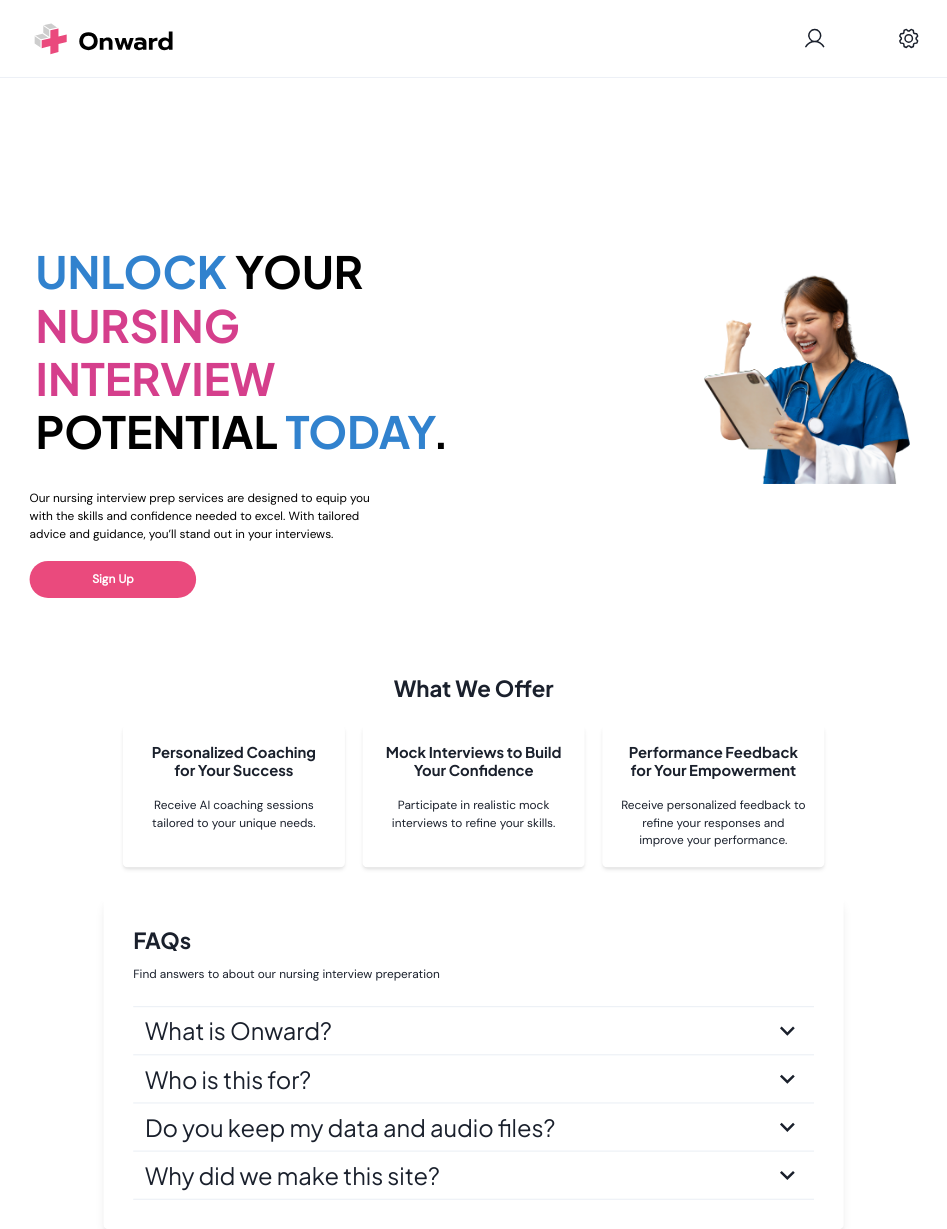
Repository: Aladdin3r/onward
Page: /landing-page
An editor plug-in stored every save of this project. The page is shown before and after a run of saves, followed by the edit.
The browser window is 1280 px wide. The pictures show the whole page, at 74% of full size.
The project was rebuilt for these pictures with package versions that can differ from the ones it lists, and the page was loaded fresh each time. The framework's server and built-in components were replaced by stand-ins that run in the browser. Also part of the build but not shown: next.config.mjs, styles/components/AppTopNav.js, styles/components/Layout.js.

Above is the page before, as saved 2024-10-29 02:20:29.

### pages/_app.js
import { ChakraProvider } from "@chakra-ui/react";
import theme from "@/styles/theme";

function MyApp({ Component, pageProps }) {
  return (
    <ChakraProvider theme={theme}>
      <Component {...pageProps} />
    </ChakraProvider>
  );
}

export default MyApp;

### pages/_document.js
import { Html, Head, Main, NextScript } from "next/document";

export default function Document() {
  return (
    <Html lang="en">
      <Head>
        <link
          href="https://fonts.googleapis.com/css2?family=DM+Sans:wght@400&family=Plus+Jakarta+Sans:wght@400;600;700&display=swap"
          rel="stylesheet"
        />
      </Head>
      <body>
        <Main />
        <NextScript />
      </body>
    </Html>
  );
}

### pages/landing-page.js
import {
    Box,
    Flex,
    Heading,
    Text,
    Stack,
    Button,
    Accordion,
    AccordionItem,
    AccordionButton,
    AccordionPanel,
    AccordionIcon,
    Image
} from "@chakra-ui/react";
import Layout from "@/styles/components/Layout";
import TopNav from "@/styles/components/TopNav";
import AppTopNav from "@/styles/components/AppTopNav";
import { useRouter } from 'next/router';

export default function Home() {
    const router = useRouter();

    // Button action function
    const handleSignUp = () => {
        router.push('/signup'); // Navigate to the sign-up page
    };

    return (
        <>
            {/* Hero Section */}
            <TopNav />
            <Box color="black" p={10} textAlign="left" mt="20">

                <Flex
                    mt="5rem"
                    p={2}
                    width="100%"
                    mb={0}
                    flexDirection="row"
                    alignItems="center"
                    justifyContent="space-between"
                    gap="2rem"  // Adds a gap between text and image
                >

                    <Flex>
                        <Heading
                            fontFamily="heading"
                            fontSize="6xl"
                            fontWeight="bold"
                            width="68%"
                            mb={4}
                            zIndex={1}

                        >
                            <Text as="span" color="blue.500">UNLOCK </Text>
                            <Text as="span" color="black">YOUR </Text>
                            <Text as="span" color="pink.500">NURSING INTERVIEW </Text>
                            <Text as="span" color="black">POTENTIAL </Text>
                            <Text as="span" color="blue.500">TODAY</Text>
                            <Text as="span" color="black">. </Text>
                        </Heading>
                    </Flex>


                    <Box width="45%">
                        <Image
                            src="/images/ipad-nurse.png"
                            alt="IPad Nurse"
                            width="100%"
                            height="auto"
                            objectFit="cover"

                        />
                    </Box>


                </Flex>





                <Text fontFamily="body" fontSize="x" color="black" mb={6} width="40%">
                    Our nursing interview prep services are designed to equip you with the skills and confidence needed to excel. With tailored advice and guidance, you’ll stand out in your interviews.
                </Text>
                <Button
                    mt="2"
                    bg="#EA4A7D"
                    color="#FFFFFF"
                    width="50%"
                    height="50px"
                    maxW="225px"
                    fontWeight="semibold"
                    fontSize="16px"
                    borderRadius="full"
                    px="6"
                    mb="6"
                >
                    Sign Up
                </Button>
            </Box>

            {/* What We Offer Section */}
            <Box p={10} textAlign="center" >
                <Heading fontFamily="heading" fontSize="3xl" mb={8}>What We Offer</Heading>
                <Flex justify="center" gap={6}>
                    <Stack width="300px" borderRadius="md" boxShadow="md" p={6} textAlign="center">
                        <Heading fontFamily="heading" fontSize="xl" mb={4}>Personalized Coaching for Your Success</Heading>
                        <Text fontFamily="body">
                            Receive AI coaching sessions tailored to your unique needs.
                        </Text>
                    </Stack>
                    <Stack width="300px" borderRadius="md" boxShadow="md" p={6} textAlign="center">
                        <Heading fontFamily="heading" fontSize="xl" mb={4}>Mock Interviews to Build Your Confidence</Heading>
                        <Text fontFamily="body">
                            Participate in realistic mock interviews to refine your skills.
                        </Text>
                    </Stack>
                    <Stack width="300px" borderRadius="md" boxShadow="md" p={6} textAlign="center">
                        <Heading fontFamily="heading" fontSize="xl" mb={4}>Performance Feedback for Your Empowerment</Heading>
                        <Text fontFamily="body">
                            Receive personalized feedback to refine your responses and improve your performance.
                        </Text>
                    </Stack>
                </Flex>
            </Box>

            {/* FAQ Section */}
            <Box p={10} borderRadius="md" boxShadow="lg" maxW="1000px" mx="auto">
                <Heading fontFamily="heading" fontSize="3xl" textAlign="left" mb={4}>FAQs</Heading>
                <Text fontFamily="body" fontSize="s" textAlign="left" mb={8}>
                    Find answers to about our nursing interview preperation
                </Text>
                <Accordion allowToggle>
                    <AccordionItem>
                        <h2>
                            <AccordionButton>
                                <Box as="span" flex="1" textAlign="left" fontFamily="heading">What is Onward?</Box>
                                <AccordionIcon />
                            </AccordionButton>
                        </h2>
                        <AccordionPanel pb={4} fontFamily="body">
                            Onward is an AI-powered personal interview coach designed for nurses to enhance their job interview skills.
                        </AccordionPanel>
                    </AccordionItem>
                    <AccordionItem>
                        <h2>
                            <AccordionButton>
                                <Box as="span" flex="1" textAlign="left" fontFamily="heading">Who is this for?</Box>
                                <AccordionIcon />
                            </AccordionButton>
                        </h2>
                        <AccordionPanel pb={4} fontFamily="body">
                            This service is designed for nurses, especially those new to the Canadian healthcare system.
                        </AccordionPanel>
                    </AccordionItem>
                    <AccordionItem>
                        <h2>
                            <AccordionButton>
                                <Box as="span" flex="1" textAlign="left" fontFamily="heading">Do you keep my data and audio files?</Box>
                                <AccordionIcon />
                            </AccordionButton>
                        </h2>
                        <AccordionPanel pb={4} fontFamily="body">
                            Yes, we securely store data as per our privacy policy to enhance your interview coaching experience.
                        </AccordionPanel>
                    </AccordionItem>
                    <AccordionItem>
                        <h2>
                            <AccordionButton>
                                <Box as="span" flex="1" textAlign="left" fontFamily="heading">Why did we make this site?</Box>
                                <AccordionIcon />
                            </AccordionButton>
                        </h2>
                        <AccordionPanel pb={4} fontFamily="body">
                            Onward aims to empower nurses by providing interview preparation tools tailored to their needs.
                        </AccordionPanel>
                    </AccordionItem>
                </Accordion>
            </Box>
        </>
    );
}

### styles/theme.js
import { extendTheme } from "@chakra-ui/react";
import { theme as chakraTheme } from "@chakra-ui/react";
import Button from './components/Button';
import { Stepper } from "@chakra-ui/react";

const fonts = {
    ...chakraTheme.fonts,
    body: "DM Sans",
    heading: "Plus Jakarta Sans",
}

const overrides = {
    ...chakraTheme,
    fonts,
    components: {
        Button: {
            ...Button,
        },
    },
    fontWeights: {
        normal: 400,
        medium: 500,
        bold: 700,
    },
    fontSizes: {
        xxs: "14pt",
        xs: "16pt",
        sm: "20pt",
        md: "24pt",
        lg: "32pt",
    },
    colors: {
       brand: {
        blushPink: "#EA4A7D",
        pastelBlue: "#CBD5FF",
        blueberryCreme: "#EBEFFF",
        frostWhite: "#FAFAFA",
        nightBlack: "#1f1f1f",
        platinum: "#e2e2e2",
        confirmationGreen: "#61CD3D",
        imperialRed: "EA4A4D",
        canaryYellow: "#EAE84A",
        oceanBlue: "#214DDF",
        pureWhite: "#FFFFFF"
        }
    },
    styles: {
        global: {
            body: {
                bg: "frostWhite",
            },
        },
    },
}

const customTheme = extendTheme(overrides);

export default customTheme;

### styles/components/TopNav.js
'use client'
import {
    Box,
    Flex,
    useColorModeValue,
    IconButton,
    Image,
    Link,
} from "@chakra-ui/react";
import { User, Gear } from "@phosphor-icons/react";

export default function TopNav() {
    const bgColor = useColorModeValue('#fff', 'brand.nightBlack');

    return (
        <Box bg={bgColor} px={4} borderBottom="1px solid #E6EAF2">
            <Flex h={"104px"} alignItems={'center'} justifyContent={'space-between'}>
                <Box fontSize={{ base: 'md', md: 'lg' }}>
                    <Link href="/">
                        <Image src="logo.svg" boxSize="253px" alt="Onward Logo" style={{ padding: "30px" }} />
                    </Link>
                </Box>
                <Flex alignItems={'center'}>
                    <Link href="/user">
                        <IconButton
                            aria-label="User settings"
                            icon={<User />}
                            variant="ghost"
                            mr="55px"
                        />
                    </Link>
                    <Link href="/settings">
                        <IconButton
                            aria-label="Settings"
                            icon={<Gear />}
                            variant="ghost"
                        />
                    </Link>
                </Flex>
            </Flex>
        </Box>
    );
}

### styles/components/Button.js
const Button = {
    baseStyle: {
      display: 'flex',
      borderRadius: '999px',
      fontFamily: 'DM Sans',
      _hover: {
        boxShadow: '0px 4px 4px 0px rgba(0, 0, 0, 0.45)',
      },
      padding: 3,
    },
    sizes: {
      xs: {
        fontSize: ['12pt', '14pt', '16pt'], // Responsive font sizes for xs
        px: [2, 3], // Responsive padding
      },
      sm: {
        fontSize: ['14pt', '16pt', '20pt'],
        px: [2, 4],
      },
      md: {
        fontSize: ['16pt', '20pt', '24pt'],
        px: [3, 5],
      },
      lg: {
        fontSize: ['20pt', '28pt', '32pt'],
        px: [4, 6],
      },
    },
    variants: {
      lgPrimary: {
        bg: 'brand.blushPink',
        color: 'brand.frostWhite',
        width: ['100%', '325px'], // 100% width on smaller screens
        height: '72px',
        fontSize: ['20pt', '28pt', '32pt'], // Responsive font size
        borderRadius: '999px',
      },
      mdPrimary: {
        bg: 'brand.blushPink',
        color: 'brand.frostWhite',
        width: ['100%', '225px'],
        height: '72px',
        fontSize: ['16pt', '20pt', '24pt'],
        borderRadius: '999px',
      },
      smPrimary: {
        bg: 'brand.blushPink',
        color: 'brand.frostWhite',
        width: ['100%', '150px'],
        height: '64px',
        fontSize: ['14pt', '16pt', '20pt'],
        borderRadius: '999px',
      },
      xsPrimary: {
        bg: 'brand.blushPink',
        color: 'brand.frostWhite',
        width: ['100%', '117px'],
        height: '32px',
        fontSize: ['12pt', '14pt', '18pt'],
        borderRadius: '999px',
      },
      lgSecondary: {
        bg: 'brand.platinum',
        color: 'brand.nightBlack',
        width: ['100%', '325px'],
        height: '72px',
        fontSize: ['20pt', '28pt', '32pt'],
        borderRadius: '999px',
        _hover: {
          bg: 'brand.blushPink',
          color: 'brand.frostWhite',
          boxShadow: '0px 4px 4px 0px rgba(0, 0, 0, 0.45)',
        },
      },
      mdSecondary: {
        bg: 'brand.platinum',
        color: 'brand.nightBlack',
        width: ['100%', '225px'],
        height: '72px',
        fontSize: ['16pt', '20pt', '24pt'],
        borderRadius: '999px',
        _hover: {
          bg: 'brand.blushPink',
          color: 'brand.frostWhite',
          boxShadow: '0px 4px 4px 0px rgba(0, 0, 0, 0.45)',
        },
      },
      smSecondary: {
        bg: 'brand.platinum',
        color: 'brand.nightBlack',
        width: ['100%', '150px'],
        height: '64px',
        fontSize: ['14pt', '16pt', '20pt'],
        borderRadius: '999px',
        _hover: {
          bg: 'brand.blushPink',
          color: 'brand.frostWhite',
          boxShadow: '0px 4px 4px 0px rgba(0, 0, 0, 0.45)',
        },
      },
      xsSecondary: {
        bg: 'brand.platinum',
        color: 'brand.nightBlack',
        width: ['100%', '117px'],
        height: '32px',
        fontSize: ['12pt', '14pt', '18pt'],
        borderRadius: '999px',
        _hover: {
          bg: 'brand.blushPink',
          color: 'brand.frostWhite',
          boxShadow: '0px 4px 4px 0px rgba(0, 0, 0, 0.45)',
        },
      },
    },
  };

  export default Button;

### styles/components/SideNav.js
import { useState } from "react";
import PropTypes from "prop-types";
import Link from "next/link";
import { Box, Flex, Text, VStack, Image } from "@chakra-ui/react";
import { ChalkboardTeacher, ClockCounterClockwise, UserSound, Presentation, User, Gear } from "@phosphor-icons/react";

// Define each variant and associated icon, label, and path(s)
const variants = {
  default: {
    label: "Dashboard",
    icon: <UserSound size={32} />,
    path: "/"
  },
  variant2: {
    label: "Mock Interview",
    icon: <ChalkboardTeacher size={32} />,
    path: "/mock-interview"
  },
  variant3: {
    label: "Practice Interview",
    icon: <Presentation size={32} />,
    path: [
      "/practice-interview",
      "/practice-interview-filter",
      "/practice-interview-questions",
      "/practice-interview-answer",
      "/practice"
    ]
  },
  variant4: {
    label: "History",
    icon: <ClockCounterClockwise size={32} />,
    path: "/history"
  },
};

// Define the bottom section items with default values
const defaultBottomVariants = {
  account: {
    label: "Account",
    icon: <User size={18} />,
    path: "/account"
  },
  settings: {
    label: "Settings",
    icon: <Gear size={18} />,
    path: "/settings"
  },
  signOut: {
    label: "Sign Out",
    icon: null,
    path: "/"
  }
};

// Main SideNavBar component
export const SideNavBar = ({ activeVariant, bottomVariants = defaultBottomVariants }) => {
  return (
    <Flex
      bg="brand.blueberryCreme"
      height="100vh"
      width="280px"
      position="fixed"
      flexDir="column"
    >
      {/* logo box */}
      <Box fontSize={{ base: 'sm', md: 'md' }} mt="1rem">
        <Link href="/">
          <Image src="logo.svg" alt="Onward Logo" style={{ padding: "0.6rem" }} width="100%" />
        </Link>
      </Box>

      {/* nav menu */}
      <Box mt="1.5rem" overflow="hidden">
        <VStack align="flex-start" spacing={2} width="100%" ml="10%">
          {variants && Object.keys(variants).map((variant) => {
            const isActive = activeVariant === variant;
            return (
              <Link href={Array.isArray(variants[variant].path) ? variants[variant].path[0] : variants[variant].path} key={variant} passHref>
                <Flex
                  align="center"
                  cursor="pointer"
                  width="280px"
                  bg={isActive ? "brand.blushPink" : "none"} // Active background
                  color={isActive ? "brand.frostWhite" : "initial"} // Active text color
                  p={3}
                  borderLeftRadius="26px"
                  transition="transform 0.5s ease-in-out, background-color 0.4s, color 0.4s"
                  _hover={{
                    bg: "brand.blushPink",
                    color: "brand.frostWhite",
                    borderRadius: "26px 0 0 26px",
                    transition: "background-color 0.3s, transform 0.3s",
                  }}
                >
                  <Box pl={isActive ? "5rem" : 0} mr={4}>
                    {variants[variant].icon}
                  </Box>
                  <Text fontFamily="body" fontSize="18px" fontWeight="bold">
                    {variants[variant].label}
                  </Text>
                </Flex>
              </Link>
            );
          })}
        </VStack>
      </Box>

      {/* Bottom Section for Account, Settings, and Sign Out Links */}
      <Box mb={2} mt="13rem" width="100%">
        <VStack width="100%" align="flex-end">
          {bottomVariants && Object.keys(bottomVariants).map((variant) => {
            const isActive = activeVariant === variant;
            return (
              <Link
                href={bottomVariants[variant].path}
                key={variant}
                passHref
              >
                <Flex
                  align="center"
                  cursor="pointer"
                  width="100%"
                  height="1.3rem"
                  bg={isActive ? "brand.blushPink" : "none"} // Active background
                  color={isActive ? "brand.frostWhite" : "initial"} // Active text color
                  borderRadius="md"
                  pr="1.5rem"
                  transition="transform 0.3s ease-in-out, background-color 0.3s, color 0.3s"
                  _hover={{
                    color: "brand.blushPink",
                    borderRadius: "26px 0 0 26px",
                    transition: "background-color 0.3s, transform 0.3s",
                  }}
                >

                  <Box mr={3}>
                    {bottomVariants[variant].icon}
                  </Box>
                  <Text fontFamily="body" fontSize="18px" fontWeight="regular" textAlign="left"
                    textDecoration={variant === 'signOut' ? 'underline' : 'none'}
                  >
                    {bottomVariants[variant].label}
                  </Text>
                </Flex>
              </Link>
            );
          })}
        </VStack>
      </Box>
    </Flex>
  );
};

SideNavBar.propTypes = {
  activeVariant: PropTypes.oneOf(["variant4", "variant2", "variant3", "default"]),
  bottomVariants: PropTypes.object, // Define bottomVariants as an optional object
};

SideNavBar.defaultProps = {
  bottomVariants: {},
};

After the next 2 saves:
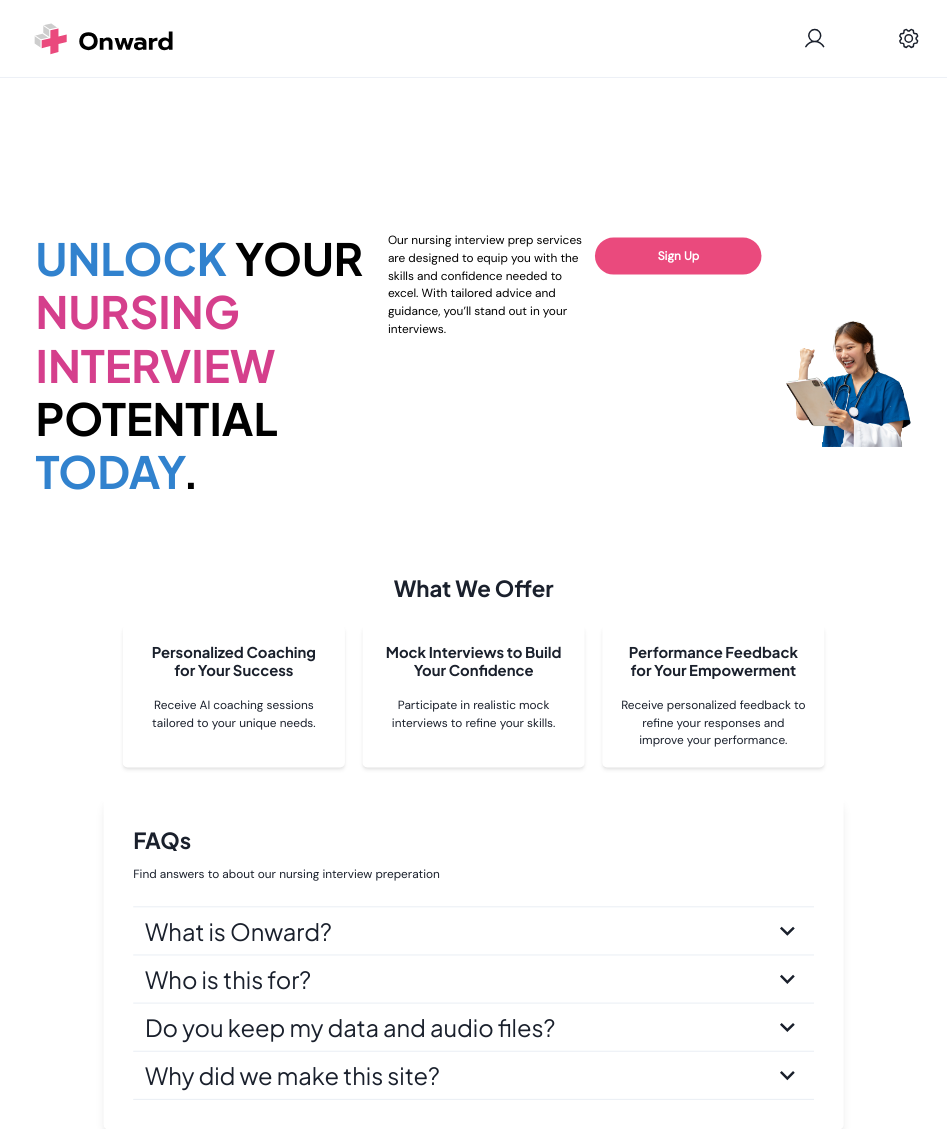
The 2 saves are shown as one change because they came seconds apart.
The last was saved 19 s later.
--- a/pages/landing-page.js
+++ b/pages/landing-page.js
@@ -59,6 +59,24 @@ export default function Home() {
                             <Text as="span" color="blue.500">TODAY</Text>
                             <Text as="span" color="black">. </Text>
                         </Heading>
+                        <Text fontFamily="body" fontSize="x" color="black" mb={6} width="40%">
+                    Our nursing interview prep services are designed to equip you with the skills and confidence needed to excel. With tailored advice and guidance, you’ll stand out in your interviews.
+                </Text>
+                <Button
+                    mt="2"
+                    bg="#EA4A7D"
+                    color="#FFFFFF"
+                    width="50%"
+                    height="50px"
+                    maxW="225px"
+                    fontWeight="semibold"
+                    fontSize="16px"
+                    borderRadius="full"
+                    px="6"
+                    mb="6"
+                >
+                    Sign Up
+                </Button>
                     </Flex>
 
 
@@ -80,24 +98,7 @@ export default function Home() {
 
 
 
-                <Text fontFamily="body" fontSize="x" color="black" mb={6} width="40%">
-                    Our nursing interview prep services are designed to equip you with the skills and confidence needed to excel. With tailored advice and guidance, you’ll stand out in your interviews.
-                </Text>
-                <Button
-                    mt="2"
-                    bg="#EA4A7D"
-                    color="#FFFFFF"
-                    width="50%"
-                    height="50px"
-                    maxW="225px"
-                    fontWeight="semibold"
-                    fontSize="16px"
-                    borderRadius="full"
-                    px="6"
-                    mb="6"
-                >
-                    Sign Up
-                </Button>
+
             </Box>
 
             {/* What We Offer Section */}
